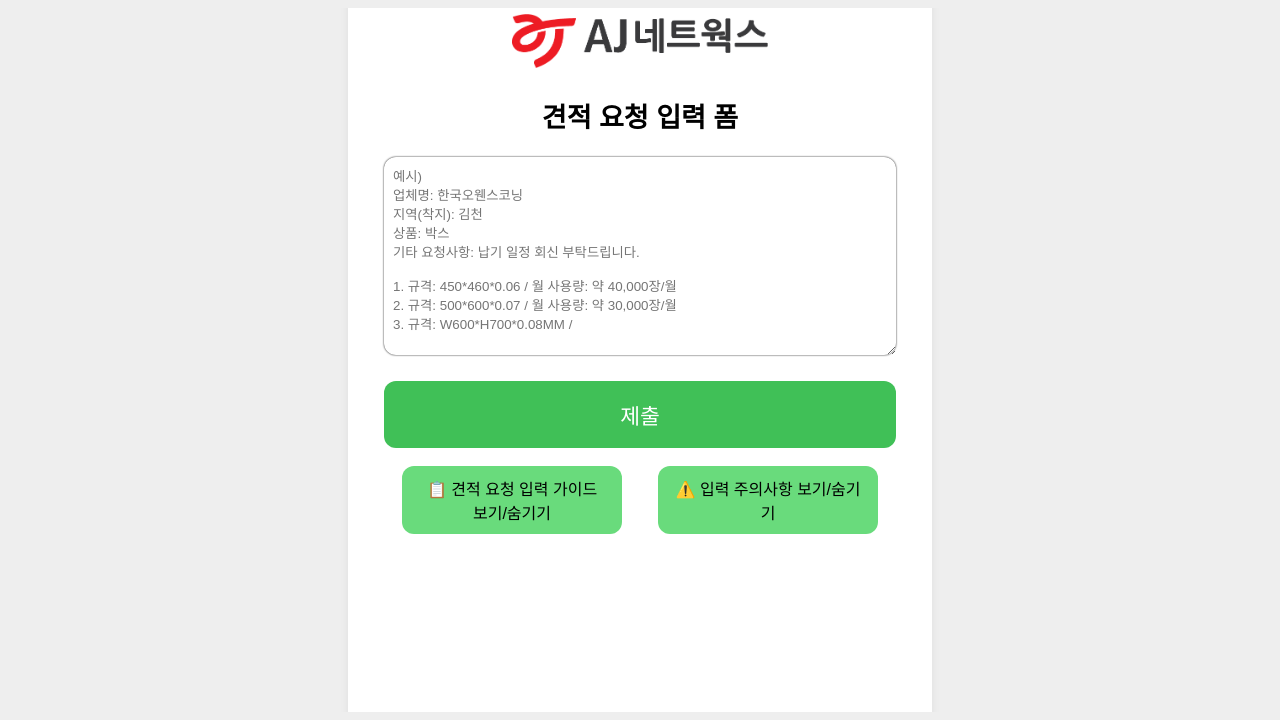
Repository: deul428/logis_test
Page: index.html
The author's editor kept a copy of each file at every save. The page is drawn from the files as they stood at one save, then again after the next save.
The browser window is 1280 px wide. The pictures show the whole page.
Some web fonts or font styles are not loaded; a fallback is used.

Above is the page before, as saved 2025-09-17 09:10:30.

### index.html
<!DOCTYPE html>
<!--
📋 견적 요청 입력 가이드
업체명: [회사명]
지역: [납품지역]
요청사항: [납기, 샘플 등 요청사항]1
1. 상품: / 규격: / 사용량: [월 예상 사용량] / 사용금액: [월 예상 사용금액] / 인쇄: [O/X]
2. 상품: / 규격: / 사용량: [월 예상 사용량] / 사용금액: [월 예상 사용금액] / 인쇄: [O/X]
3. 상품: / 규격: / 사용량: [월 예상 사용량] / 사용금액: [월 예상 사용금액] / 인쇄: [O/X]
⚠️ 입력 주의사항
1. 번호 표기 필수
　- 상품/규격별 정보는 반드시 1., 2., 3. 번호를 붙여 구분합니다.
2. 상품명 표기
　- 동일 상품 + 여러 규격 → 상품:은 한 번만 쓰고, 아래에 규격을 나열해도 가능
　- 서로 다른 상품 → 각 번호마다 반드시 개별 상품:을 함께 작성
3. 필수/선택 항목
　- 업체명, 지역, 상품은 필수
　- 규격, 사용량, 사용금액, 인쇄, 요청사항 등은 선택 (없는 값은 생략 가능) -->
<html lang="ko">
  <head>
    <meta charset="UTF-8" />
    <title>견적 요청 입력 폼</title>
    <link rel="stylesheet" href="./styles/common.css" />
  </head>
  <body>
    <div class="wrap">
      <div class="cntnt_box">
        <div id="header">
          <img class="ci" src="./src/aj_ci.png" />
          <h2>견적 요청 입력 폼</h2>
        </div>
        <div id="input_area">
          <form
            action="https://script.google.com/macros/s/AKfycbwvnTOYbOr6LT2mzblHA0HMxfJFboeq3WsBVHAYUvir3JEZxm_Qbn3yYHUbS3F-L1Fz/exec"
            method="post"
          >
            <!-- <label>메시지:</label><br /> -->
            <textarea
              name="message"
              rows="12"
              placeholder="예시&#41;
업체명: 한국오웬스코닝
지역(착지): 김천
상품: 박스
기타 요청사항: 납기 일정 회신 부탁드립니다.

1. 규격: 450*460*0.06 / 월 사용량: 약 40,000장/월
2. 규격: 500*600*0.07 / 월 사용량: 약 30,000장/월
3. 규격: W600*H700*0.08MM /"
            ></textarea
            ><br /><br />
            <button type="submit">제출</button>
          </form>
        </div>
        <div id="desc_area">
          <div>
            <button class="toggle" onclick="toggleGuide('guideBox_01')">
              📋 견적 요청 입력 가이드 보기/숨기기
            </button>
            <div id="guideBox_01" class="desc_box">
              <div id="guide_01" class="desc">
                <p>📋 견적 요청 입력 가이드</p>
                <p>
                  업체명: [회사명]<br />
                  지역: [납품지역]<br />
                  요청사항: [납기, 샘플 등 요청사항]
                </p>

                <p>
                  1. 상품: / 규격: / 사용량: [월 예상 사용량] / 사용금액: [월
                  예상 사용금액] / 인쇄: [O/X]<br />
                  2. 상품: / 규격: / 사용량: [월 예상 사용량] / 사용금액: [월
                  예상 사용금액] / 인쇄: [O/X]<br />
                  3. 상품: / 규격: / 사용량: [월 예상 사용량] / 사용금액: [월
                  예상 사용금액] / 인쇄: [O/X]
                </p>
              </div>
            </div>
          </div>
          <div>
            <button class="toggle" onclick="toggleGuide('guideBox_02')">
              ⚠️ 입력 주의사항 보기/숨기기
            </button>
            <div id="guideBox_02" class="desc_box">
              <div id="guide_02" class="desc">
                <p>⚠️ 입력 주의사항</p>
                <p>
                  1. 번호 표기 필수<br />
                  - 상품/규격별 정보는 반드시 1., 2., 3. 번호를 붙여
                  구분합니다.<br />
                  2. 상품명 표기<br />
                  - 동일 상품 + 여러 규격 → 상품:은 한 번만 쓰고, 아래에 규격을
                  나열해도 가능<br />
                  - 서로 다른 상품 → 각 번호마다 반드시 개별 상품:을 함께
                  작성<br />
                  3. 필수/선택 항목<br />
                  - 업체명, 지역, 상품은 필수<br />
                  - 규격, 사용량, 사용금액, 인쇄, 요청사항 등은 선택 (없는 값은
                  생략 가능)
                </p>
              </div>
            </div>
          </div>
        </div>
      </div>
    </div>
  </body>
  <script>
    function toggleGuide(e) {
      const guideBox = document.getElementById(e);
      guideBox.classList.toggle("open");
    }
  </script>
</html>

### styles/common.css
@import url("https://fonts.googleapis.com/css2?family=Chiron+GoRound+TC:wght@200..900&family=Nanum+Pen+Script&display=swap");
html,
body {
  font-family: "Chiron GoRound TC", sans-serif;
  font-optical-sizing: auto;
  font-weight: 400;
  font-style: normal;
  font-size: 18px;
  width: 100dvw;
  height: 100dvh;
  overflow: hidden;
  background: #eee;
  display: flex;
  justify-content: center;
  align-items: center;
  flex-direction: column;
}
.wrap {
  width: 40%;
  /* height: 60%; */
  padding: 2rem;
  background: white;
  border-radius: 12px;
  box-shadow: 0 5px 10px 0 rgba(0, 0, 0, 0.064);
}
.cntnt_box {
  width: 100%;
  height: 100%;
  display: flex;
  justify-content: flex-start;
  align-items: center;
  flex-direction: column;
}
#header {
  text-align: center;
  width: 20dvw;
}
.ci {
  width: 100%;
}

#input_area {
  margin-bottom: 1rem;
  width: 100%;

}
#input_area form {
  /* width: calc(100% - 3rem); */
  margin: 0 auto;
  text-align: center;
}
#input_area form > textarea {
  font-family: inherit;
  width: calc(100% - 1rem);
  padding: 0.5rem;
  border: none;
  border-radius: 12px;
  box-shadow: 0 0 2px 0 #000;
}
#input_area label {
}
#input_area button {
  all: unset;
  width: 100%;
  background: #40c057;
  color: #fff;
  font-style: 800;
  font-size: 1.2rem;
  padding: 1rem 0;
  border-radius: 12px;
  transition: background 0.3s linear;
  cursor: pointer;
}
#input_area button:hover {
  background: #37b24d;
}
#desc_area {
  width: 100%;
  height: 30dvh;
  overflow-y: auto;
  margin-bottom: 24px;
  display: flex;
  flex-direction: row;
}
#desc_area > div {
  width: 50%;
}
#desc_area > div .toggle {
  width: calc(100% - 2rem);
  margin-inline-start: 1rem;
  z-index: 999;
  display: inline-block;
  padding: 10px 16px;
  font-size: 16px;
  background: #69db7c;
  border: none;
  border-radius: 12px;
  cursor: pointer;
  transition: background 0.3s linear;
}
#desc_area .toggle:hover {
  background: #37b24d;
}

#desc_area > div .desc_box {
  width: calc(100% - 4rem);
  margin-inline-start: 1rem;
  display: flex;
  flex-direction: column;
  max-height: 0;
  opacity: 0;
  transition: max-height 0.3s linear; /* , opacity 0.3s linear; */
  background: #f9f9f9;
  border: 1px solid #ddd;
  border-radius: 6px;
  margin-top: 10px;
  padding: 1rem;
}

#desc_area .desc_box.open {
  max-height: 500px; /* 충분히 큰 값 */
  opacity: 1;
}

After the next save:
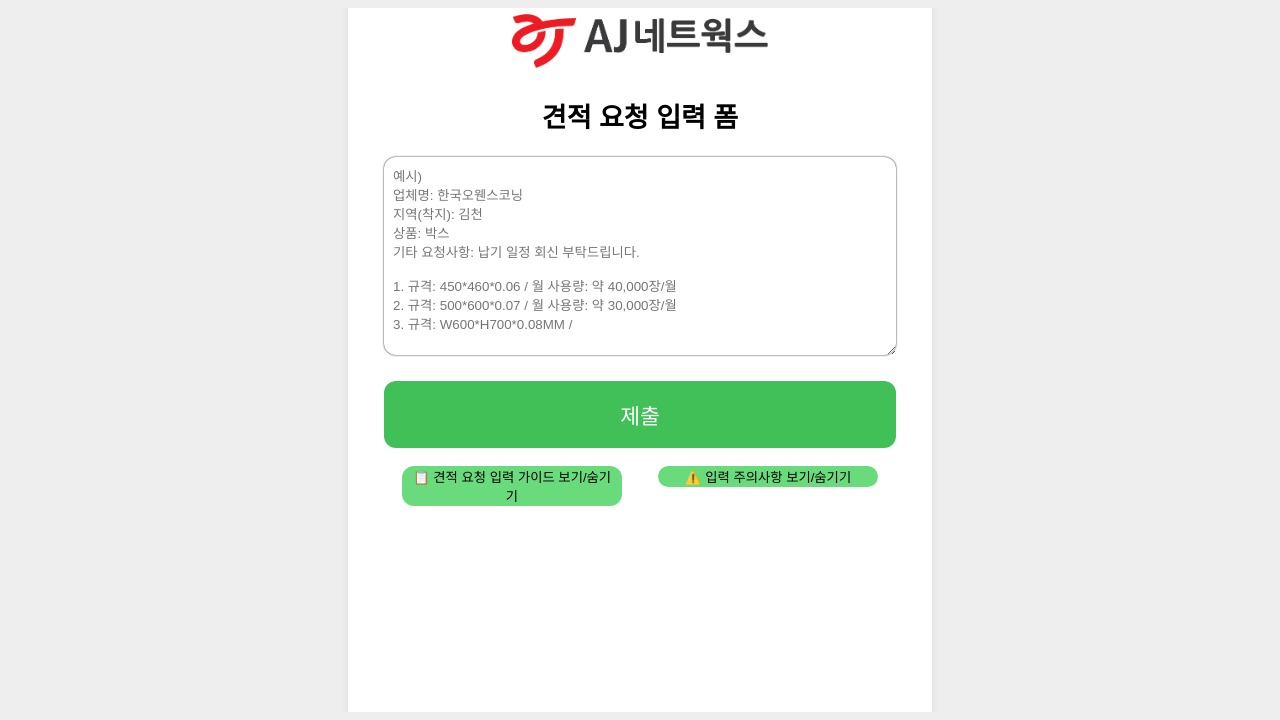
Saved 11 s later.
--- a/styles/common.css
+++ b/styles/common.css
@@ -75,6 +75,7 @@
   background: #37b24d;
 }
 #desc_area {
+  font-size: 16px;
   width: 100%;
   height: 30dvh;
   overflow-y: auto;
@@ -90,8 +91,6 @@
   margin-inline-start: 1rem;
   z-index: 999;
   display: inline-block;
-  padding: 10px 16px;
-  font-size: 16px;
   background: #69db7c;
   border: none;
   border-radius: 12px;
